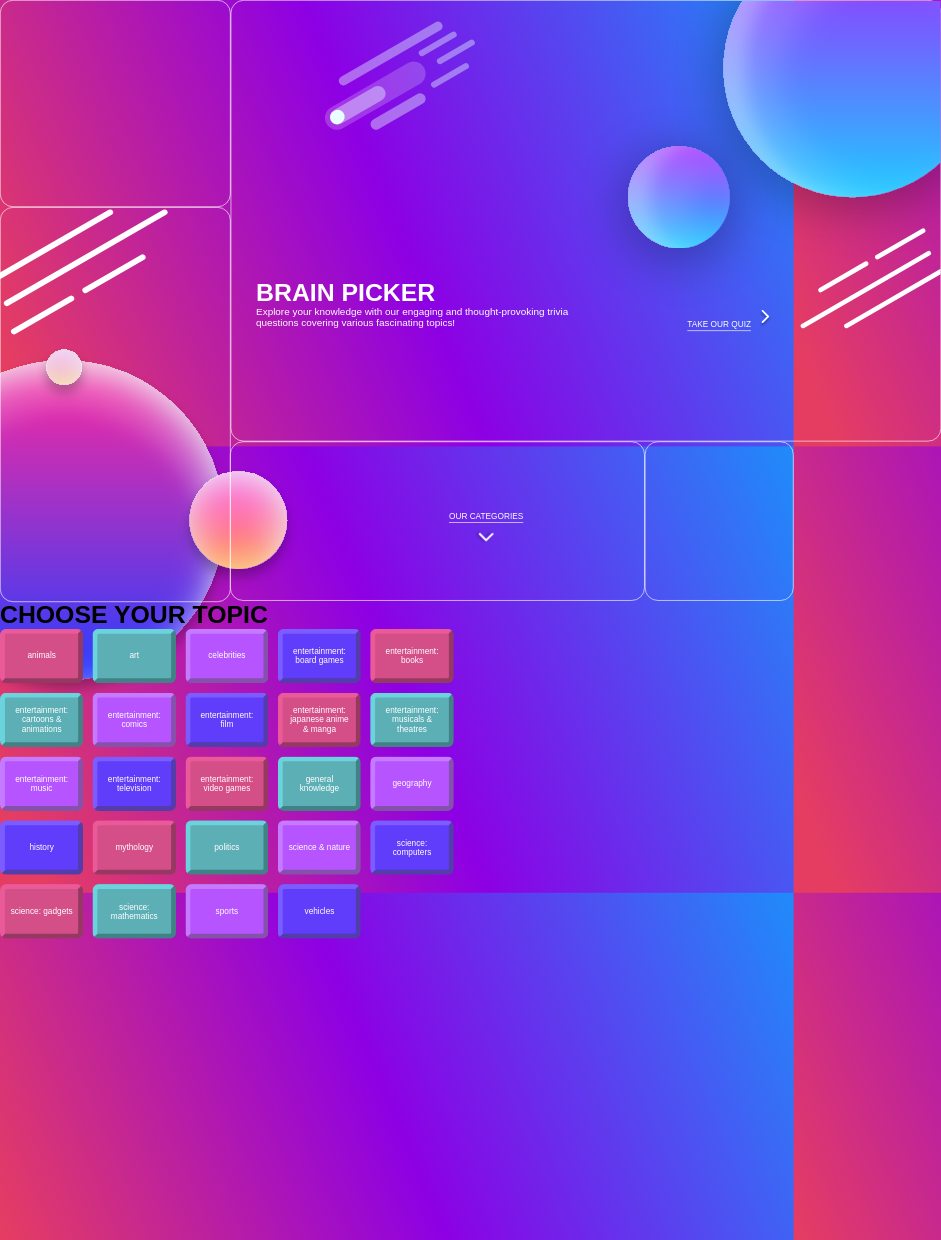
Repository: pjiang604/COMP-2170_Final-Project
Page: index.html
The author's editor kept a copy of each file at every save. The page is drawn from the files as they stood at one save, then again after the next save.
The browser window is 1280 px wide. The page is 1518 px wide, so the pictures cover 1518 px, including what lies to the right of the window. The pictures show the whole page, at 62% of full size.
Backgrounds fixed to the window are drawn as part of the page.

Above is the page before, as saved 2023-04-30 13:03:09.

After the next save:
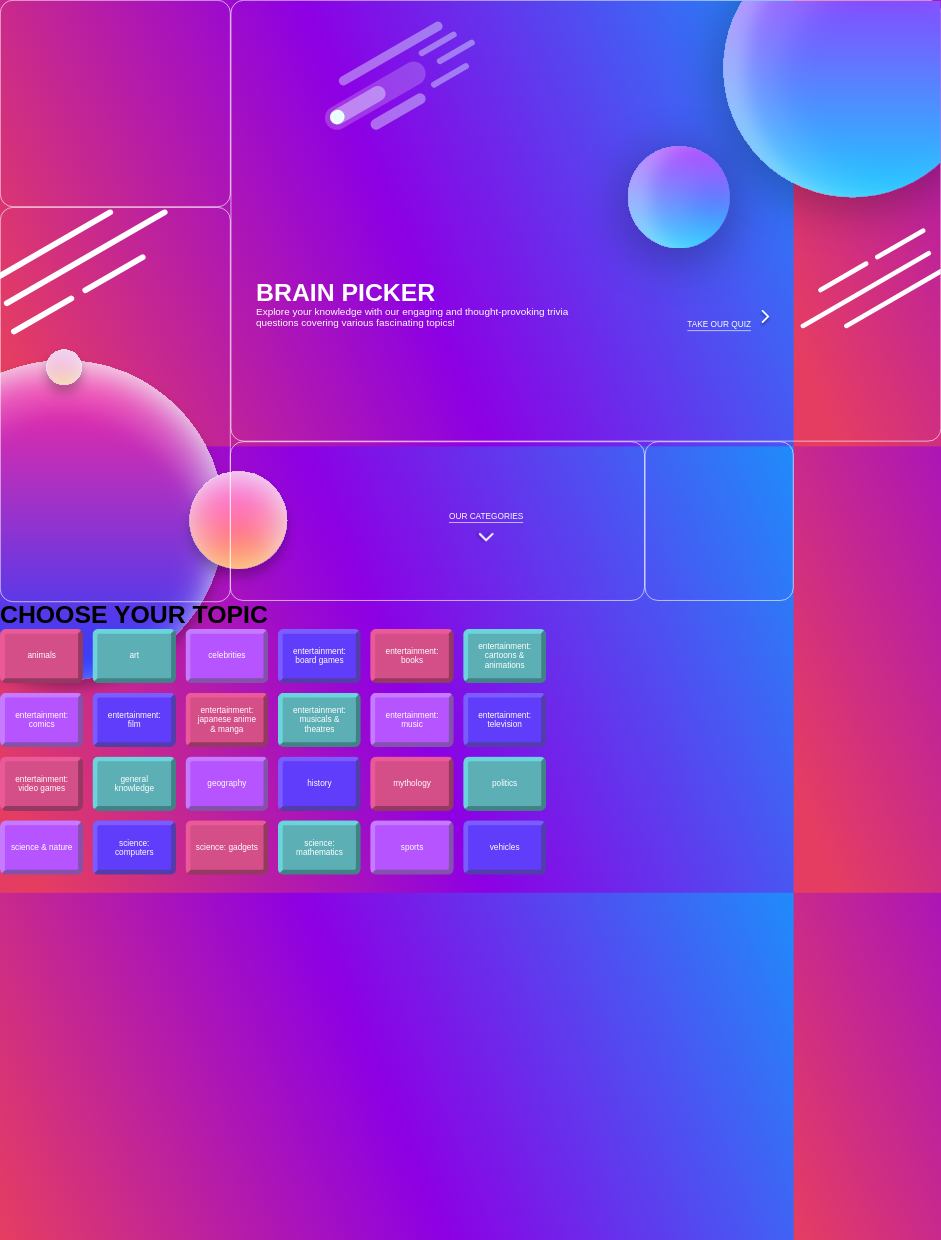
Saved 10 s later.
--- a/style.css
+++ b/style.css
@@ -185,7 +185,7 @@ body {
 
 .categories_container{
 	display: grid;
-	grid-template-columns: 8.4rem 8.4rem 8.4rem 8.4rem 8.4rem;
+	grid-template-columns: 8.4rem 8.4rem 8.4rem 8.4rem 8.4rem 8.4rem;
 	gap: .935rem;
 }
 
